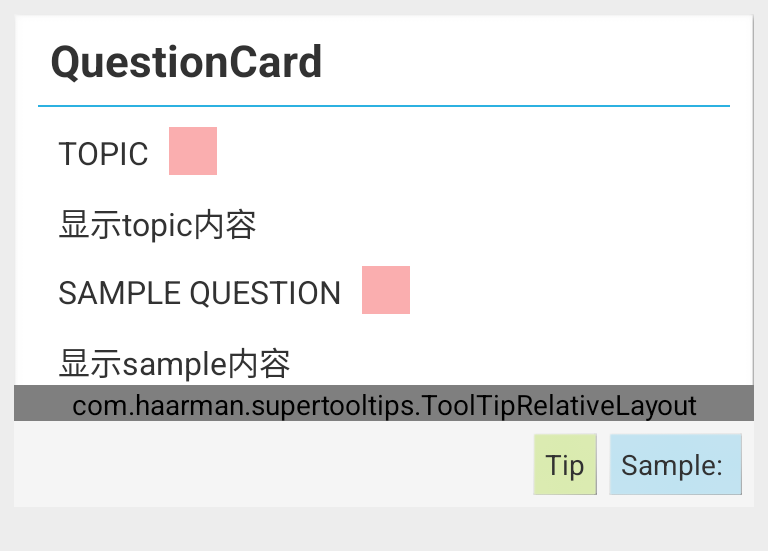
Repository: hellcan/privateReader
Layout: ToeflWrittingAssistant/res/layout/topic_listview_item_detail_activity.xml
The author's editor kept a copy of each file at every save. The layout is drawn from the files as they stood at one save, then again after the next save.
The pictures show rows 0 to 551 of an output 1280 px tall.
Pictures or frames that could not be fetched are drawn as grey boxes. It is drawn on a 768 x 1280 px phone screen (xhdpi) without system bars, with theme AppTheme; the app's code is not run.

Above is the layout before, as saved 2014-04-28 09:14:20.

After the next save:
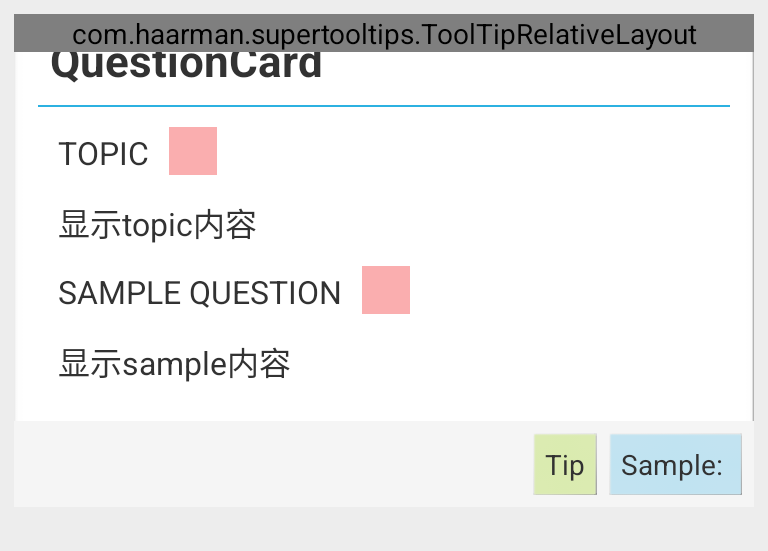
Saved 2 min 42 s later.
--- a/ToeflWrittingAssistant/res/layout/topic_listview_item_detail_activity.xml
+++ b/ToeflWrittingAssistant/res/layout/topic_listview_item_detail_activity.xml
@@ -125,7 +125,6 @@
             android:id="@+id/topic_tooltipframelayout"
             android:layout_width="match_parent"
             android:layout_height="match_parent"
-            android:layout_below="@id/item_detail_sample_question_description"
             />
 
         <RelativeLayout
